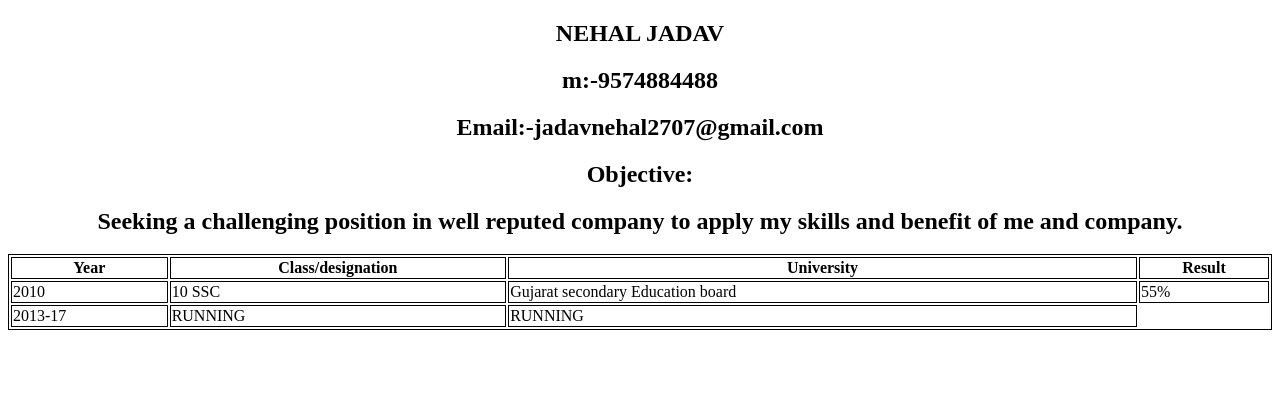
Repository: pratixa-chauhan/practice
Page: resume.html
An editor plug-in stored every save of this project. The page is shown before and after the next save, followed by the edit.
The browser window is 1280 px wide. The pictures show the whole page.

Above is the page before, as saved 2021-12-21 01:17:38.

### resume.html
<!DOCTYPE html>
<html><style>
    body {
      background-color: white;
    }

    h2 {
      color: black;
      text-align: center;
    }

    p {
      font-family: verdana;
      font-size: 20px;
    }
    </style>
    </head>
    <body>


    <h2>NEHAL JADAV</h2>
    <h2> m:-9574884488</h2>
    <h2>Email:-jadavnehal2707@gmail.com</h2>
    <tr>
    <h2>Objective:
    </h2>
    <h2> Seeking a challenging position in well reputed company to       apply my skills and benefit of me and company.</h2>
</tr>
    <style>
        table, th, td {
          border:1px solid black;
        }
        </style>
        <body>



        <table style="width:100%">
          <tr>
            <th>Year</th>
            <th>Class/designation</th>
            <th>University</th>
            <th>Result</th>
          </tr>
          <tr>
            <td>2010</td>
            <td>10 SSC</td>
            <td>Gujarat secondary
                Education board</td>
                <td>55%</td>
          </tr>
          <tr>
            <td>2013-17</td>
            <tdDIPLOMA -
            MECHANICAL</td>
            <td>RUNNING</td>
            <td>RUNNING</td>
          </tr>
        </table>



</html>

After the next save:
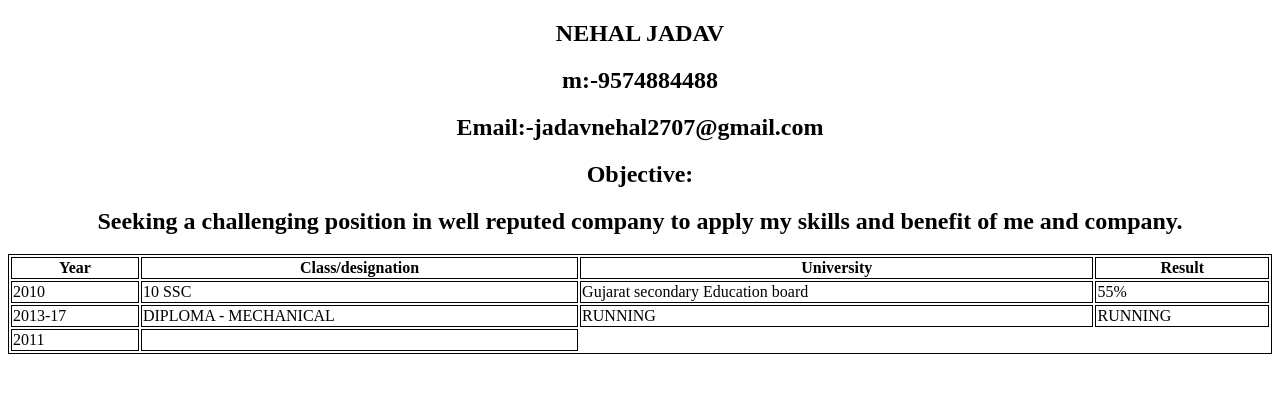
Saved 3 min 29 s later.
--- a/resume.html
+++ b/resume.html
@@ -51,10 +51,14 @@
           </tr>
           <tr>
             <td>2013-17</td>
-            <tdDIPLOMA -
-            MECHANICAL</td>
+            <td>DIPLOMA -
+                MECHANICAL</td>
             <td>RUNNING</td>
             <td>RUNNING</td>
+          </tr>
+          <tr>
+              <td>2011</td>
+              <td></td>
           </tr>
         </table>
 
